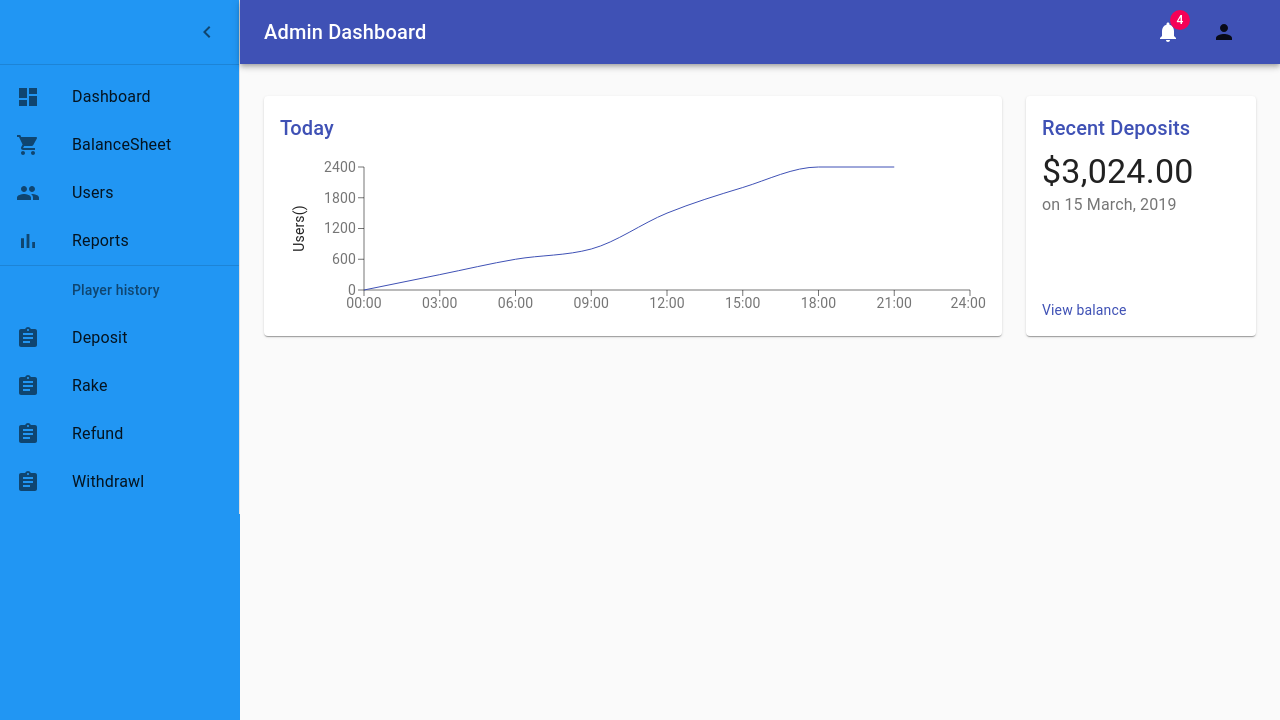
Repository: imayankbisht/ludofrontend
Page: /Dashboard
An editor plug-in stored every save of this project. The page is shown before and after the next save, followed by the edit.
The browser window is 1280 px wide. The pictures show the whole page.
The project was rebuilt for these pictures with package versions that can differ from the ones it lists, and the page was loaded fresh each time. Also part of the build but not shown: src/axios.js, src/components/login.js.

Above is the page before, as saved 2021-01-16 15:18:47.

### src/App.js
import React from 'react';
import './App.css';
import {
  BrowserRouter as Router,
  Switch,
  Route,
 Redirect
} from "react-router-dom";
// import SignInOutContainer from './containers';
import Dashboard from './components/Dashboard';
import Login from './components/login';
 function App() {
  return (
    <div className="App">
  <Router >
    <Switch>
      <Route path="/login" component={Login} />
      <Route path="/Dashboard" component={Dashboard} />
      <Redirect from="/" to="/login" />
    </Switch>
  </Router>
      </div>
  );
}


export default App;

### src/App.css
.App {
  /* text-align: center; */

}

.App-logo {
  height: 40vmin;
  pointer-events: none;
}

@media (prefers-reduced-motion: no-preference) {
  .App-logo {
    animation: App-logo-spin infinite 20s linear;
  }
}

.App-header {
  background-color: #282c34;
  min-height: 100vh;
  display: flex;
  flex-direction: column;
  align-items: center;
  justify-content: center;
  font-size: calc(10px + 2vmin);
  color: white;
}

.App-link {
  color: #61dafb;
}

@keyframes App-logo-spin {
  from {
    transform: rotate(0deg);
  }
  to {
    transform: rotate(360deg);
  }
}

### src/components/Dashboard.js
import React from 'react';
import clsx from 'clsx';
import { makeStyles } from '@material-ui/core/styles';
import CssBaseline from '@material-ui/core/CssBaseline';
import Drawer from '@material-ui/core/Drawer';
import Box from '@material-ui/core/Box';
import AppBar from '@material-ui/core/AppBar';
import Toolbar from '@material-ui/core/Toolbar';
import List from '@material-ui/core/List';
import Typography from '@material-ui/core/Typography';
import Divider from '@material-ui/core/Divider';
import IconButton from '@material-ui/core/IconButton';
import Badge from '@material-ui/core/Badge';
import Container from '@material-ui/core/Container';
import Grid from '@material-ui/core/Grid';
import Paper from '@material-ui/core/Paper';
// import Link from '@material-ui/core/Link';
import MenuIcon from '@material-ui/icons/Menu';
import ChevronLeftIcon from '@material-ui/icons/ChevronLeft';
import NotificationsIcon from '@material-ui/icons/Notifications';
import { mainListItems} from './listItems';
import Chart from './Chart';
import Deposits from './Deposits';
import MenuItem from "@material-ui/core/MenuItem";
import MenuList from "@material-ui/core/MenuList";
import Hidden from "@material-ui/core/Hidden";
import Grow from "@material-ui/core/Grow";
import Poppers from "@material-ui/core/Popper";
import ClickAwayListener from "@material-ui/core/ClickAwayListener";
import Person from "@material-ui/icons/Person";
import classNames from "classnames";
import Button from "@material-ui/core/Button";
import {Link} from 'react-router-dom';

const drawerWidth = 240;

const useStyles = makeStyles((theme) => ({
  root: {
    display: 'flex',
  },
  toolbar: {
    paddingRight: 24, // keep right padding when drawer closed
  },
  toolbarIcon: {
    display: 'flex',
    alignItems: 'center',
    justifyContent: 'flex-end',
    padding: '0 8px',
    ...theme.mixins.toolbar,
  },
  appBar: {
    zIndex: theme.zIndex.drawer + 1,
    transition: theme.transitions.create(['width', 'margin'], {
      easing: theme.transitions.easing.sharp,
      duration: theme.transitions.duration.leavingScreen,
    }),
  },
  appBarShift: {
    marginLeft: drawerWidth,
    width: `calc(100% - ${drawerWidth}px)`,
    transition: theme.transitions.create(['width', 'margin'], {
      easing: theme.transitions.easing.sharp,
      duration: theme.transitions.duration.enteringScreen,
    }),
  },
  menuButton: {
    marginRight: 36,
  },
  menuButtonHidden: {
    display: 'none',
  },
  title: {
    flexGrow: 1,
  },
  drawerPaper: {
    position: 'relative',
    whiteSpace: 'nowrap',
    width: drawerWidth,
    transition: theme.transitions.create('width', {
      easing: theme.transitions.easing.sharp,
      duration: theme.transitions.duration.enteringScreen,
    }),
  },
  drawerPaperClose: {
    overflowX: 'hidden',
    transition: theme.transitions.create('width', {
      easing: theme.transitions.easing.sharp,
      duration: theme.transitions.duration.leavingScreen,
    }),
    width: theme.spacing(7),
    [theme.breakpoints.up('sm')]: {
      width: theme.spacing(9),
    },
  },
  appBarSpacer: theme.mixins.toolbar,
  content: {
    flexGrow: 1,
    height: '100vh',
    overflow: 'auto',
  },
  container: {
    paddingTop: theme.spacing(4),
    paddingBottom: theme.spacing(4),
  },
  paper: {
    padding: theme.spacing(2),
    display: 'flex',
    overflow: 'auto',
    flexDirection: 'column',
  },
  fixedHeight: {
    height: 240,
  },
}));

 function Dashboard() {
  const classes = useStyles();
  const [open, setOpen] = React.useState(true);
  const [openProfile, setOpenProfile] = React.useState(null);
  const handleClickProfile = event => {
    if (openProfile && openProfile.contains(event.target)) {
      setOpenProfile(null);
    } else {
      setOpenProfile(event.currentTarget);
    }
  };
  const handleCloseProfile = () => {
    setOpenProfile(null);
  };
  const handleDrawerOpen = () => {
    setOpen(true);
  };
  const handleDrawerClose = () => {
    setOpen(false);
  };
  const fixedHeightPaper = clsx(classes.paper, classes.fixedHeight);

  return (
    <div className={classes.root}>
      <CssBaseline />
      <AppBar position="absolute" className={clsx(classes.appBar, open && classes.appBarShift)}>
        <Toolbar className={classes.toolbar}>
          <IconButton
            edge="start"
            color="inherit"
            aria-label="open drawer"
            onClick={handleDrawerOpen}
            className={clsx(classes.menuButton, open && classes.menuButtonHidden)}
          >
            <MenuIcon />
          </IconButton>
          <Typography component="h1" variant="h6" color="inherit" noWrap className={classes.title}>
          Admin Dashboard
          </Typography>
          <IconButton color="inherit">
            <Badge badgeContent={4} color="secondary">
              <NotificationsIcon />
            </Badge>
          </IconButton>
          <Button
          color={window.innerWidth > 959 ? "transparent" : "white"}
          justIcon={window.innerWidth > 959}
          simple={!(window.innerWidth > 959)}
          aria-owns={openProfile ? "profile-menu-list-grow" : null}
          aria-haspopup="true"
          onClick={handleClickProfile}
          className={classes.buttonLink}
        >
          <Person className={classes.icons} />
          <Hidden mdUp implementation="css">
            <p className={classes.linkText}>Profile</p>
          </Hidden>
        </Button>
        <Poppers
          open={Boolean(openProfile)}
          anchorEl={openProfile}
          transition
          disablePortal
          className={
            classNames({ [classes.popperClose]: !openProfile }) +
            " " +
            classes.popperNav
          }
        >
          {({ TransitionProps, placement }) => (
            <Grow
              {...TransitionProps}
              id="profile-menu-list-grow"
              style={{
                transformOrigin:
                  placement === "bottom" ? "center top" : "center bottom"
              }}
            >
              <Paper>
                <ClickAwayListener onClickAway={handleCloseProfile}>
                  <MenuList role="menu">
                    <MenuItem
                      onClick={handleCloseProfile}
                      className={classes.dropdownItem}
                    >
                      Profile
                    </MenuItem>
                    <MenuItem
                      onClick={handleCloseProfile}
                      className={classes.dropdownItem}
                    >
                      Settings
                    </MenuItem>
                    <Divider light />
                    <Link to="login">
                    <MenuItem
                      onClick={handleCloseProfile}
                      className={classes.dropdownItem}
                    >
                      Logout
                    </MenuItem>
                    </Link>
                  </MenuList>
                </ClickAwayListener>
              </Paper>
            </Grow>
          )}
        </Poppers>
        </Toolbar>
      </AppBar>
     <Box bgcolor="info.main">
     <Drawer
        variant="permanent"
        classes={{
          paper: clsx(classes.drawerPaper, !open && classes.drawerPaperClose),
        }}
        open={open}
      >
        <Box bgcolor="info.main">
        <div className={classes.toolbarIcon}>
          <IconButton onClick={handleDrawerClose}>
            <ChevronLeftIcon />
          </IconButton>
        </div>
        <Divider />
        <List>{mainListItems}</List>
        </Box>
        {/* <List>{secondaryListItems}</List> */}
      </Drawer>
     </Box>
      <main className={classes.content}>
        <div className={classes.appBarSpacer} />
        <Container maxWidth="lg" className={classes.container}>
          <Grid container spacing={3}>
            {/* Chart */}
            <Grid item xs={12} md={8} lg={9}>
              <Paper className={fixedHeightPaper}>
                <Chart />
              </Paper>
            </Grid>
            {/* Recent Deposits */}
            <Grid item xs={12} md={4} lg={3}>
              <Paper className={fixedHeightPaper}>
                <Deposits />
              </Paper>
            </Grid>

          </Grid>

        </Container>
      </main>
    </div>
  );
}
export default Dashboard;

### src/components/listItems.js
import React from 'react';
import ListItem from '@material-ui/core/ListItem';
import ListItemIcon from '@material-ui/core/ListItemIcon';
import ListItemText from '@material-ui/core/ListItemText';
import ListSubheader from '@material-ui/core/ListSubheader';
import DashboardIcon from '@material-ui/icons/Dashboard';
import ShoppingCartIcon from '@material-ui/icons/ShoppingCart';
import PeopleIcon from '@material-ui/icons/People';
import BarChartIcon from '@material-ui/icons/BarChart';
import LayersIcon from '@material-ui/icons/Layers';
import AssignmentIcon from '@material-ui/icons/Assignment';
import Box from '@material-ui/core/Box';
import Divider from '@material-ui/core/Divider';

export const mainListItems = (
  // <Box bgcolor="lightgray">
  <div>

   <ListItem button>
      <ListItemIcon>
        <DashboardIcon />
      </ListItemIcon>
      <ListItemText  primary="Dashboard" />
    </ListItem>
    <ListItem button>
      <ListItemIcon>
        <ShoppingCartIcon />
      </ListItemIcon>
      <ListItemText primary="BalanceSheet" />
    </ListItem>
    <ListItem button>
      <ListItemIcon>
        <PeopleIcon />
      </ListItemIcon>
      <ListItemText primary="Users" />
    </ListItem>
    <ListItem button>
      <ListItemIcon>
        <BarChartIcon />
      </ListItemIcon>
      <ListItemText primary="Reports" />
    </ListItem>
    <Divider />
    <ListSubheader inset>Player history</ListSubheader>
    <ListItem button>
      <ListItemIcon>
        <AssignmentIcon />
      </ListItemIcon>
      <ListItemText primary="Deposit" />
    </ListItem>
    <ListItem button>
      <ListItemIcon>
        <AssignmentIcon />
      </ListItemIcon>
      <ListItemText primary="Rake" />
    </ListItem>
    <ListItem button>
      <ListItemIcon>
        <AssignmentIcon />
      </ListItemIcon>
      <ListItemText primary="Refund" />
    </ListItem>
    <ListItem button>
      <ListItemIcon>
        <AssignmentIcon />
      </ListItemIcon>
      <ListItemText primary="Withdrawl" />
    </ListItem>


  </div>
  // </Box>
);

// export const secondaryListItems = (
//   <div>
//     <ListSubheader inset>Player history</ListSubheader>
//     <ListItem button>
//       <ListItemIcon>
//         <AssignmentIcon />
//       </ListItemIcon>
//       <ListItemText primary="Deposit" />
//     </ListItem>
//     <ListItem button>
//       <ListItemIcon>
//         <AssignmentIcon />
//       </ListItemIcon>
//       <ListItemText primary="Rake" />
//     </ListItem>
//     <ListItem button>
//       <ListItemIcon>
//         <AssignmentIcon />
//       </ListItemIcon>
//       <ListItemText primary="Refund" />
//     </ListItem>
//     <ListItem button>
//       <ListItemIcon>
//         <AssignmentIcon />
//       </ListItemIcon>
//       <ListItemText primary="Withdrawl" />
//     </ListItem>
//   </div>
// );

### src/components/Chart.js
import React from 'react';
import { useTheme } from '@material-ui/core/styles';
import { LineChart, Line, XAxis, YAxis, Label, ResponsiveContainer } from 'recharts';
import Title from './Title';

// Generate Sales Data
function createData(time, amount) {
  return { time, amount };
}

const data = [
  createData('00:00', 0),
  createData('03:00', 300),
  createData('06:00', 600),
  createData('09:00', 800),
  createData('12:00', 1500),
  createData('15:00', 2000),
  createData('18:00', 2400),
  createData('21:00', 2400),
  createData('24:00', undefined),
];

export default function Chart() {
  const theme = useTheme();

  return (
    <React.Fragment>
      <Title>Today</Title>
      <ResponsiveContainer>
        <LineChart
          data={data}
          margin={{
            top: 16,
            right: 16,
            bottom: 0,
            left: 24,
          }}
        >
          <XAxis dataKey="time" stroke={theme.palette.text.secondary} />
          <YAxis stroke={theme.palette.text.secondary}>
            <Label
              angle={270}
              position="left"
              style={{ textAnchor: 'middle', fill: theme.palette.text.primary }}
            >
              Users()
            </Label>
          </YAxis>
          <Line type="monotone" dataKey="amount" stroke={theme.palette.primary.main} dot={false} />
        </LineChart>
      </ResponsiveContainer>
    </React.Fragment>
  );
}

### src/components/Deposits.js
import React from 'react';
import Link from '@material-ui/core/Link';
import { makeStyles } from '@material-ui/core/styles';
import Typography from '@material-ui/core/Typography';
import Title from './Title';

function preventDefault(event) {
  event.preventDefault();
}

const useStyles = makeStyles({
  depositContext: {
    flex: 1,
  },
});

export default function Deposits() {
  const classes = useStyles();
  return (
    <React.Fragment>
      <Title>Recent Deposits</Title>
      <Typography component="p" variant="h4">
        $3,024.00
      </Typography>
      <Typography color="textSecondary" className={classes.depositContext}>
        on 15 March, 2019
      </Typography>
      <div>
        <Link color="primary" href="#" onClick={preventDefault}>
          View balance
        </Link>
      </div>
    </React.Fragment>
  );
}

Loaded but not shown: public/index.html (common file); src/index.js (common file); src/index.css (common file); src/serviceWorker.js (common file); src/components/Title.js (common file)

After the next save:
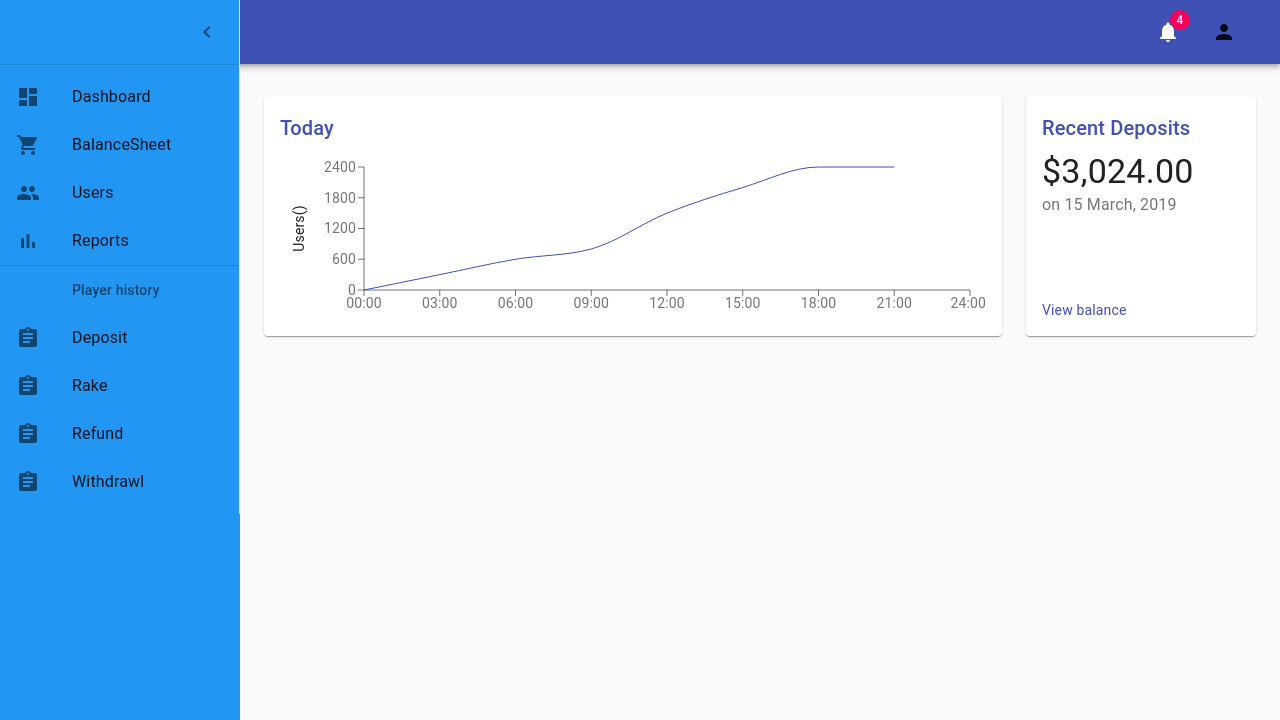
Saved 2 min 35 s later.
--- a/src/components/Dashboard.js
+++ b/src/components/Dashboard.js
@@ -138,7 +138,7 @@
   return (
     <div className={classes.root}>
       <CssBaseline />
-      <AppBar position="absolute" className={clsx(classes.appBar, open && classes.appBarShift)}>
+      <AppBar position="absolute" >
         <Toolbar className={classes.toolbar}>
           <IconButton
             edge="start"

After the save that followed:
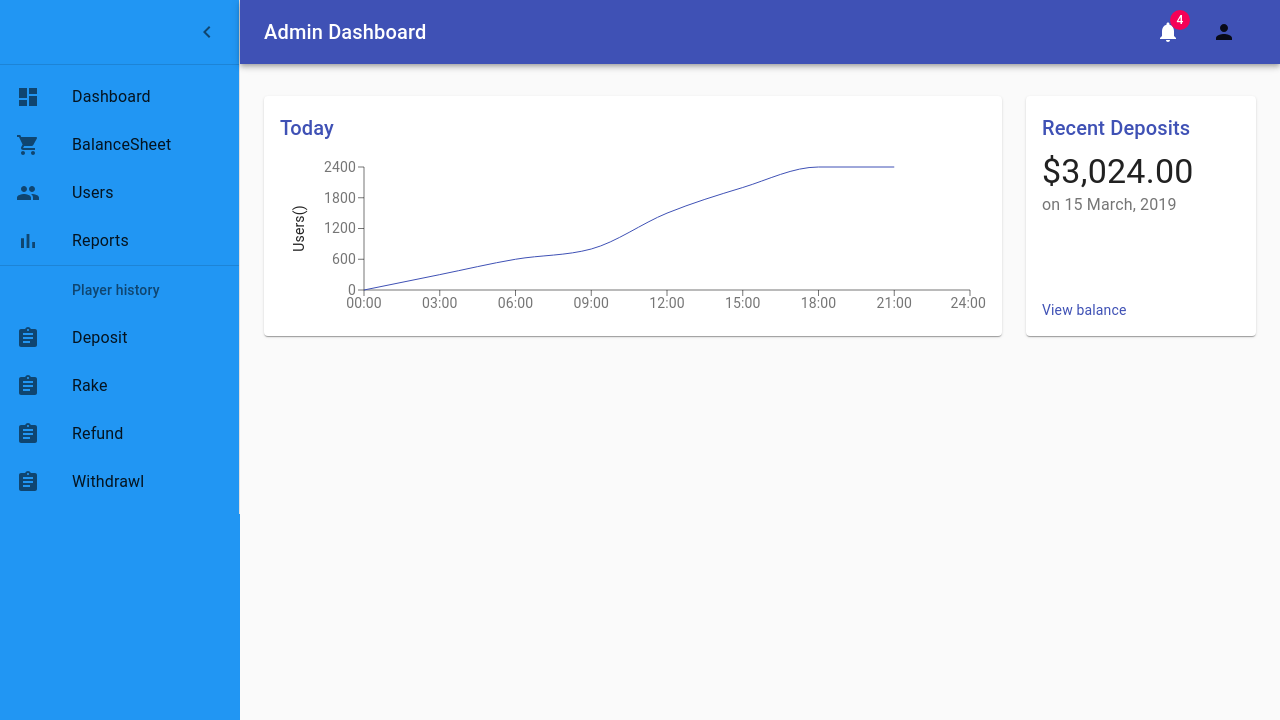
Saved 6 s later.
--- a/src/components/Dashboard.js
+++ b/src/components/Dashboard.js
@@ -138,7 +138,7 @@
   return (
     <div className={classes.root}>
       <CssBaseline />
-      <AppBar position="absolute" >
+      <AppBar position="absolute" className={clsx(classes.appBar, open && classes.appBarShift)}>
         <Toolbar className={classes.toolbar}>
           <IconButton
             edge="start"
